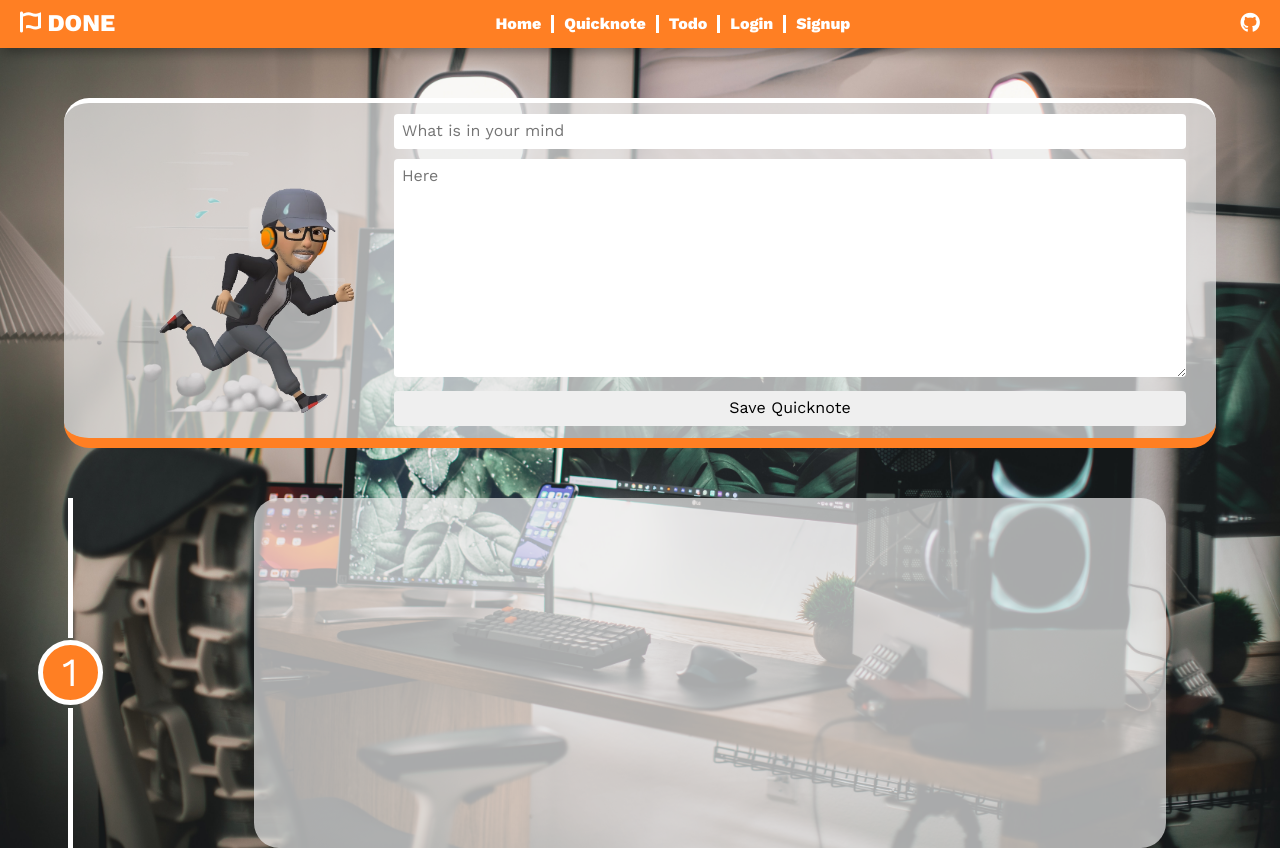
Repository: OmarEssameldinMousa/DONE
Page: quicknote.html
An editor plug-in stored every save of this project. The page is shown before and after the next save, followed by the edit.
The browser window is 1280 px wide. The pictures show the whole page.
Backgrounds fixed to the window are drawn as part of the page. Some web fonts or font styles are not loaded; a fallback is used.

Above is the page before, as saved 2023-12-18 01:48:36.

### quicknote.html
<!DOCTYPE html>
<html lang="en">

<head>
    <meta charset="UTF-8">
    <meta http-equiv="X-UA-Compatible" content="IE=edge">
    <meta name="viewport" content="width=device-width, initial-scale=1.0">
    <title>My Challenges</title>
    <!-- Render All Elements Normally -->
    <link rel="stylesheet" href="css/normalize.css">
    <!-- Font Awesome Library -->
    <link rel="stylesheet" href="css/all.min.css">
    <!-- Main Template CSS File -->
    <link rel="stylesheet" href="CSS/styles.css">
    <link rel="stylesheet" href="css/challenges.css">
    <!-- Google Fonts -->
    <link rel="preconnect" href="https://fonts.googleapis.com">
    <link rel="preconnect" href="https://fonts.gstatic.com" crossorigin>
    <link
        href="https://fonts.googleapis.com/css2?family=Kablammo&family=VT323&family=Work+Sans:wght@200;300;400;500;600;800&display=swap"
        rel="stylesheet">
    <link rel="preconnect" href="https://fonts.googleapis.com" />
    <link rel="preconnect" href="https://fonts.gstatic.com" crossorigin />
    <link href="https://fonts.googleapis.com/css2?family=Cairo:wght@300;400;700&display=swap" rel="stylesheet" />
</head>

<body>
    <header>
        <nav>
            <!-- Logo with Font Awesome Icon -->
            <div class="logo">
                <i class="fab fa-font-awesome-flag"></i> DONE
            </div>

            <!-- Left-side Navigation Links -->
            <ul class="navlist">
                <li><a href="index.html">Home</a></li>
                <li><a href="quicknote.html">Quicknote</a></li>
                <li><a href="mytasks.html">Todo</a></li>
                <li><a href="#">Login</a></li>
                <li><a href="#">Signup</a></li>
            </ul>

            <!-- Right-side GitHub Icon -->
            <div class="github-icon">
                <a rel="" href="https://github.com/yourusername" target="_blank">
                    <i class="fab fa-github" style="color: white;"></i>
                </a>
            </div>
        </nav>
    </header>

    <div class="addnote">
        <div class="ch_" style="margin: 0px;
        height: auto;">
            <div class="container1 container1addnote">
                <img src="images/omar4.png" alt="">
                <div class="inputfield">
                    <div class="inputtitle">
                        <input type="text" name="title" id="notetitle" placeholder="What is in your mind">
                    </div>
                    <div class="inputnote">
                        <textarea name="notedata" id="notedata" placeholder="Here" rows="11"></textarea>
                    </div>
                    <input type="button" value="Save Quicknote">
                </div>
            </div>
        </div>
    </div>

    <div class="Challenges-website">

        <div class="bar">
            <div class="repated-line-circle">
                <div class="line-circle">
                    <div class="upper-line">
                    </div>
                    <a href="https://elzero.org/frontend-card-with-transparent-img/" target="_self">
                        <div class="circle">
                            <p>1</p>
                        </div>
                    </a>
                    <div class="lower-line"></div>
                </div>
            </div>
        </div>

        <div class="challenges">
            <div class="ch_">
                <div class="container1">
                </div>
            </div>
        </div>

    </div>
</body>

</html>

### CSS/styles.css
/* Start Variables */
:root{
    --main-color: rgba(235, 235, 235, 0.6);
    --secondery-color: #ff7f23;
    --third-color:#333;
}
/* End Variables */
/* Special Heading */
.special-heading{
    color: #ebeced;
    font-size: 100px;
    text-align: center;
    font-weight: 800;
    letter-spacing: -3px;
    margin: 0;

}
.special-heading + p{
    margin-top: -30px;
    text-align: center;
    font-size: 20px;
    color: #797979;
}
/* End Special Heading */
/* Start Global Rules */
*{
    -webkit-box-sizing: border-box;
    -moz-box-sizing: border-box;
    box-sizing: border-box;
}

body{

    font-family: 'Kablammo', cursive;
    font-family: 'Work Sans', sans-serif;
    background-color: #797979;

}

.container{
    padding-left: 15px;
    padding-right: 15px;
    margin-left: auto;
    margin-right: auto;
    background-color: #fff;
    margin: auto;
    width: 600px;
}

/*very small screens*/
@media (max-width: 767px){
    .container{
        .special-heading{
            font-size: 60px;
        }
        .special-heading + p{
            margin-top: -20px;
        }

        .landing{
            flex-direction: column;
            text-align: center;
        }
    }
    .navlist{
        display: none;
    }


}
/*small screens*/
@media (min-width: 768px){
    .container{
        width: 750px;
    }
}
/*Medium screens*/
@media (min-width: 992px){
    .container{
        width: 970px;
    }
}
/*Large screens*/
@media (min-width: 1200px){
    .container{
        width: 1170px;
    }
}
/* End Global Rules */


html{
    scroll-behavior: smooth;
}
/* navigation bar */

nav {
    background-color:  var(--secondery-color);
    color: white;
    display: flex;
    align-items: center;
    justify-content: space-between;
    padding: 10px 20px;
    box-shadow: 5px 5px 10px rgba(0, 0, 0, 0.3);
}
nav ul {
    list-style: none;
    margin: 0;
    padding: 0;
    display: flex;
}
nav ul li {
    margin-right: 10px;
    font-weight: bold;
}
nav ul li:not(:last-child) {
    border-right: solid 3px white;
    padding-right: 10px;
}
nav ul li a {
    text-decoration: none;
    color: white;
}
nav ul li a:hover {
    color: var(--main-color); /* Change color on hover */
}
.logo {
    font-size: 24px;
    font-weight: bold;
}
.github-icon {
    font-size: 20px;
    color: white;
}

.heading{
    display: flex;
    align-items: center;
    justify-content: center;
    margin-top: 50px;
    height: auto;
}

.landing{
    width: 100%;

    background-color: none;
    display: flex;
    flex-direction: row;

}

.landing h1{
    color: var(--secondery-color);
    font-size: 50px;
    font-weight: 900;
    padding: 30px;
}
.landing p{
    font-size: 20px;
}
.landing .logoimage img{
    width: 400px;
    position: relative;
    animation: topdown 2s ease-in-out infinite;
}

.landing .landingtext .buttons{
    margin: 30px;
    top: 150px;
}
@keyframes topdown {
    0%, 100% {
        top: 0; /* Starting and ending position (top) */
    }
    50% {
        top: 5px; /* Middle position (top) */
    }
}


.explore{
    height: auto;
    text-align: center;
    display: block;
    padding: 10px;
    transition: 0.3s;
    width: min-content;
    margin: 30px auto ;
}
.explore a,
.explore h1{
    color: var(--secondery-color);
    font-weight: 900;
    transform: 0.3s;
    text-decoration: none;
}

.landing .logoimage{
    position: relative;
}
.explore a:hover,
.explore:hover{
    background-color:var(--secondery-color);
    border-radius: 20px;
    color: #ebeced;
    cursor: pointer;
}



/* to do demo */
.tododemo{
    height: 100vh;
    background-color: var(--secondery-color);
    box-shadow: rgba(0, 0, 0, 0.3) 0px -4px 20px 9px;

}

### CSS/challenges.css
* {
    -webkit-box-sizing: border-box;
    -moz-box-sizing: border-box;
    box-sizing: border-box;
    padding: 0;
    margin: 0;
}
a {
    text-decoration: none;
    color: black;
}
ul {
    list-style: none;
    margin: 0;
    padding: 0;
}
html {
    scroll-behavior: smooth;
}
body {
    /* background-image: linear-gradient(90deg, #ff7f23  , rgba(235, 235, 235, 0.6)  ); */
    background-image: url(../images/backgroundimage.jpg);
    background-size: cover;
    background-repeat: no-repeat;
    background-attachment: fixed;
}
@media (max-width: 767px){
    body{
        background-image: url(../images/ben-kolde-bs2Ba7t69mM-unsplash.jpg)
    }
    .bar{
        display: none;
    }
    /* .challenges .container1{
        width: 400px;
    }*/
    .ch_:hover .container1{
        width: calc(50%);
        height: 550px;
        background-color: rgba(211, 211, 211, 0.6);
    }

}
/*small screens*/
@media (min-width: 768px){
    /* .container1{
        width: 600px;
    } */
}
/*Medium screens*/
@media (min-width: 992px){
    /* .container1{
        width: 800px;
    } */
}
/*Large screens*/
@media (min-width: 1200px){
    /* .container1{
        width: 1000px;
    } */
}
.Challenges-website{
    display: flex;


}
/*start bar*/
.Challenges-website .bar{
    width: 140px;
    padding: 0 67.5px;
    height: auto;
}
.Challenges-website .bar .repated-line-circle{
    width: 5px;
    height: 100%;
}
.Challenges-website .bar .line-circle{
    display: flex;
    flex-direction: column;
    width: 100%;
    height: 100%;
    justify-content: space-between;
    align-items: center;
}
.Challenges-website .bar .line-circle .upper-line{
    width: 100%;
    height: 40%;
    background-color: white;

}
.Challenges-website .bar .line-circle .circle{
    width: 65px;
    height: 65px;
    background-color: #ff7f23;
    border-radius: 50%;
    text-align: center;
    position: relative;
    transition: 0.3s;
    border: 5px solid white;
}
.Challenges-website .bar:hover .circle{
    width: 110px;
    height: 110px;
    border-radius: 40%;

}
.Challenges-website .bar:hover .circle + p{
    font-size: 70px;
    color: white
}
.Challenges-website .bar .line-circle .circle p{
    position: absolute;
    left: 50%;
    top: 50%;
    transform: translate(-50%, -50%);
    font-size: 40px;
    color: white;
}
.line-circle .circle p a{
    text-decoration: none;
}
.Challenges-website .bar .line-circle .lower-line{
    width: 5px;
    height: 40%;
    background-color: white;
}
/*end bar*/
/* start challenges*/
.Challenges-website .challenges{
    display: flex;
    flex: 1;
    justify-content: center;
    background-color: transparent;
    flex-direction: column;
    height: auto;
}
.ch_{
    height: auto;
    padding-top: 0px;
    position: relative;
}

.container1{
    background-color: rgba(235, 235, 235, 0.694);
    width: 80%;
    height: 350px;
    margin: 0px auto;
    border-radius: 25px;
    border-width: 0;
    transition: 0.3s;
    position: relative;
}
.ch_:hover .container1{
    width: calc(80% + 20px);
    height: 360px;
    background-color: rgba(211, 211, 211, 0.6);
}


.container1addnote{
    border-bottom: #ff7f23 solid 10px;
    border-top: white solid 5px;
    margin: 50px auto;
    min-height: 300px;
    width: 90%;

    display: flex;
    align-items: center;
    /* Adjust spacing as needed */
    justify-content: center;
    padding: 30px;
    /* Optional: To adjust the width of the container */


}

/* ---------------------------------------------------------------------------------------- */


.flex-container {
    display: flex;
    align-items: center;
    /* Optional: To adjust spacing between image and inputs */
    gap: 20px;
}

.inputfield {
    display: flex;
    flex: 1;
    flex-direction: column;
    gap: 10px;
}

.inputtitle input,
.inputnote textarea,
input[type="button"] {
    width: 100%;
    padding: 8px;
    border: 0px solid #ccc;
    border-radius: 4px;
}

img {
    max-width: 300px; /* Adjust the size of the image */
    height: auto;
}

Loaded but not shown: CSS/normalize.css (library); CSS/all.min.css (library)

After the next save:
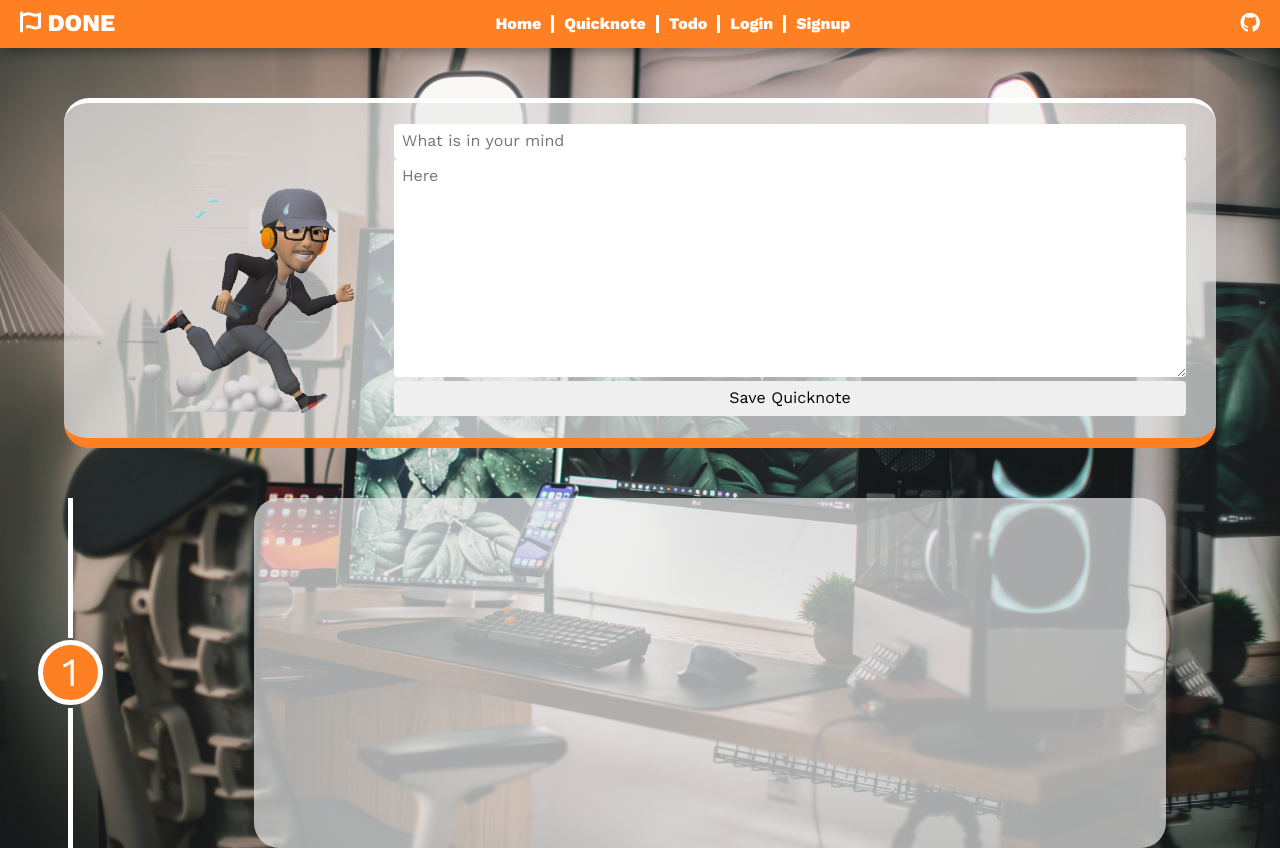
Saved 39 s later.
--- a/CSS/challenges.css
+++ b/CSS/challenges.css
@@ -188,7 +188,7 @@
     display: flex;
     flex: 1;
     flex-direction: column;
-    gap: 10px;
+    gap: 0px;
 }
 
 .inputtitle input,

After the save that followed:
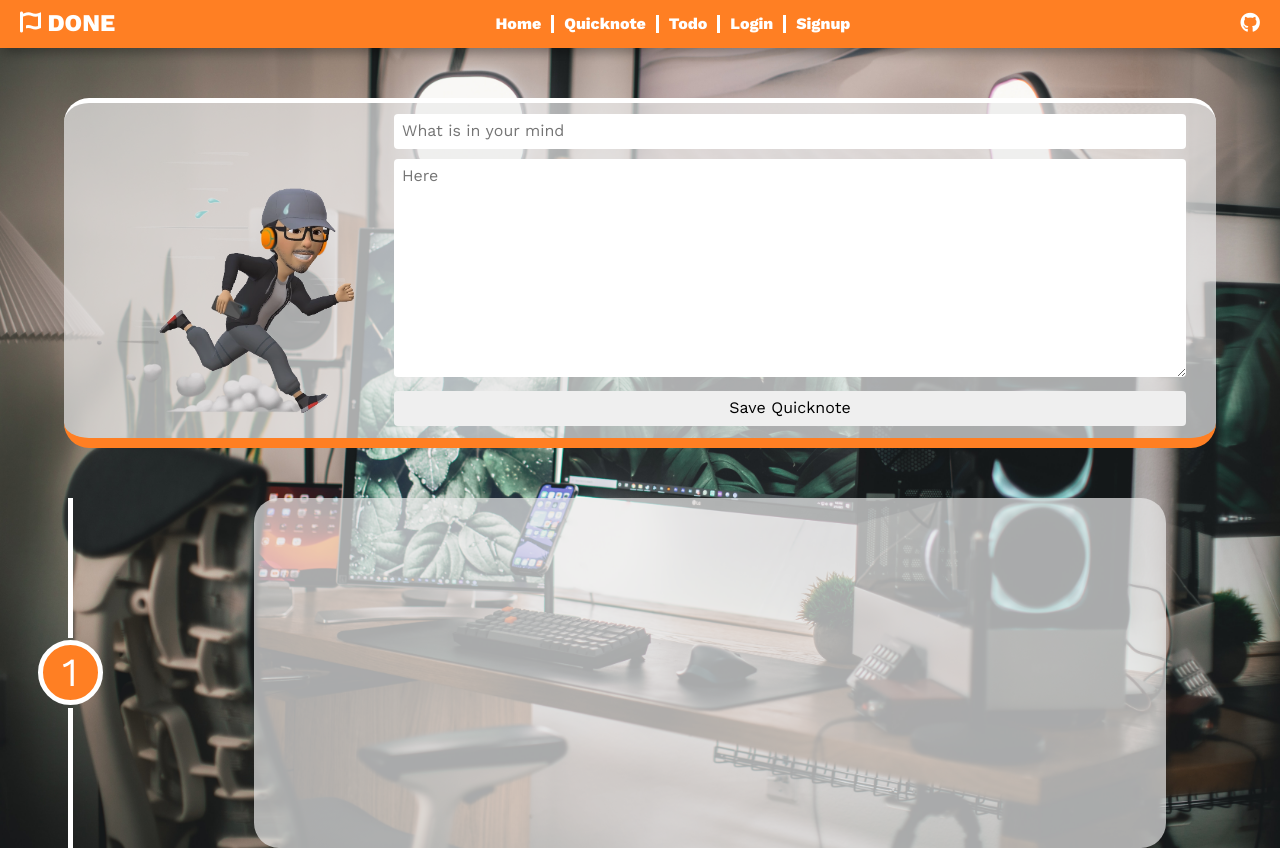
Saved 16 s later.
--- a/CSS/challenges.css
+++ b/CSS/challenges.css
@@ -188,7 +188,7 @@
     display: flex;
     flex: 1;
     flex-direction: column;
-    gap: 0px;
+    gap: 10px;
 }
 
 .inputtitle input,
